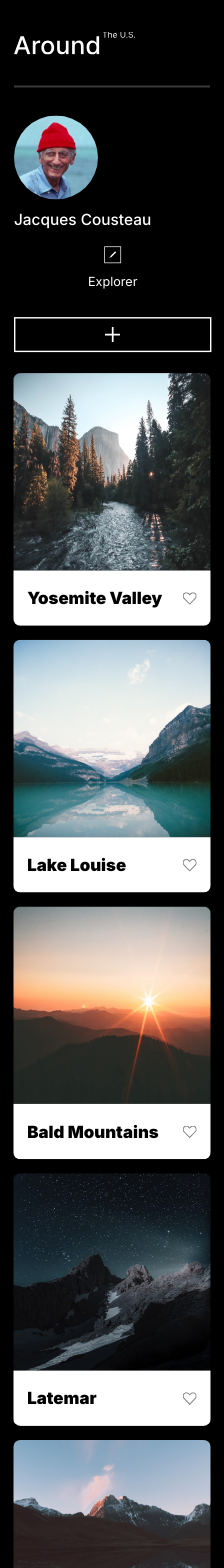
Repository: luisbaezx/se_project_aroundtheus
Page: index.html
These files come from the project's save history. The page is drawn as it stood at one moment and after the next save; the edit follows.
The browser window is 320 px wide. The pictures show the part of the page from y = 0 to 2240 px (the page is 2920 px tall before and 2916 px after), at 70% of full size.

Above is the page before, as saved 2024-05-28 21:21:35.

After the next save:
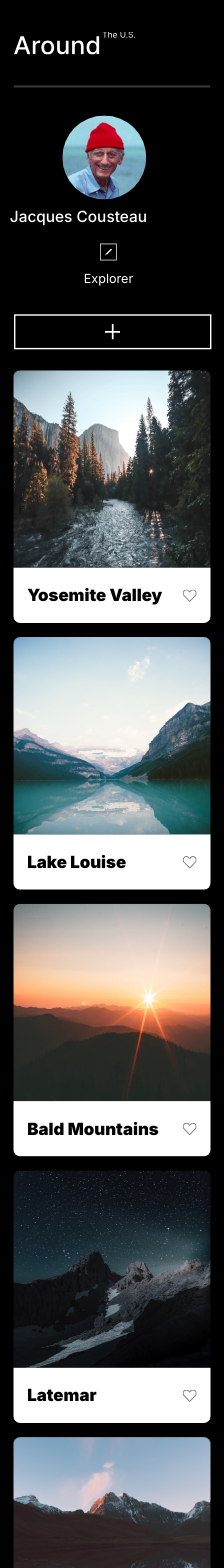
Saved 7 min 15 s later.
--- a/blocks/page.css
+++ b/blocks/page.css
@@ -256,7 +256,8 @@
 }
 @media screen and (max-width: 320px) {
   .profile {
-    display: block;
+    display: flex;
+    justify-content: space-around;
   }
   .profile__title {
     font-size: 22px;
